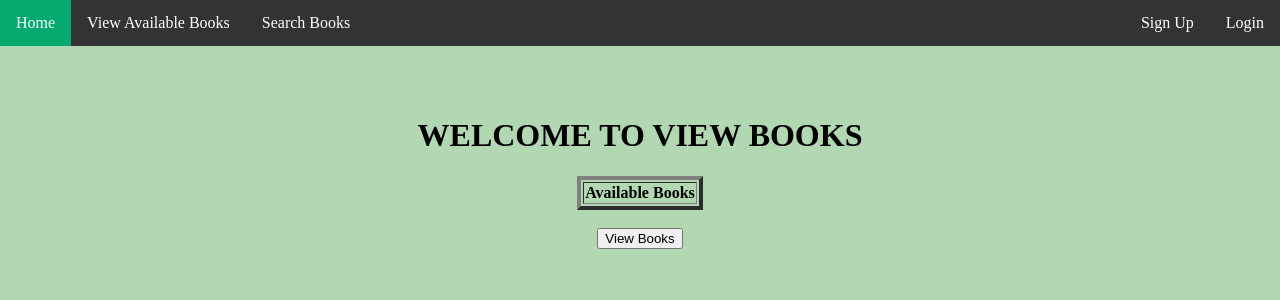
Repository: sach7691/original-book-store
Page: http://localhost/online-book-store-application/view_books.jsp
These files come from the project's save history. The page is drawn as it stood at one moment and after the next save; the edit follows.
The browser window is 1280 px wide. The pictures show the whole page.
The page is served by Tomcat 9. Other server files are loaded and not shown. The template is opened directly, without the code that normally fills it, so the values that code supplies are empty.

Above is the page before, as saved 2022-08-18 11:00:24.

### online-book-store-application/src/main/webapp/view_books.jsp
<%@ page language="java" contentType="text/html; charset=ISO-8859-1"
    pageEncoding="ISO-8859-1"%>
<%@ taglib uri="http://java.sun.com/jsp/jstl/core" prefix="c" %>
<%@ page import="java.util.List" %>
<%@page import="com.ab.models.Book" %>
<!DOCTYPE html>
<html>
<head>
<meta charset="ISO-8859-1">
<meta name="viewport" content="width=device-width, initial-scale=1.0">
<title>view books</title>
<style>
body {margin: 0;
 background: rgba(0, 128, 0, 0.3);}

 h1{
 text-align: center;
  padding-top: 50px;

 }
 letter {
   color: #ea503f;
   font-family: Arial;
 }

ul.topnav {
  list-style-type: none;
  margin: 0;
  padding: 0;
  overflow: hidden;
  background-color: #333;
}

ul.topnav li {float: left;}

ul.topnav li a {
  display: block;
  color: white;
  text-align: center;
  padding: 14px 16px;
  text-decoration: none;
}

ul.topnav li a:hover:not(.active) {background-color: #111;}

ul.topnav li a.active {background-color: #04AA6D;}

ul.topnav li.right {float: right;}

@media screen and (max-width: 600px) {
  ul.topnav li.right,
  ul.topnav li {float: none;}
}
</style>
</head>
</head>
<body>
<div>
<ul class="topnav">
  <li><a class="active" href="welcome.jsp">Home</a></li>
  <li><a href="http://localhost:8080/online-book-store-application/ViewBookServlet">View Available Books</a></li>
  <li><a href="search_book.jsp">Search Books</a></li>
  <li class="right"><a href="login.jsp">Login</a></li>
  <li class="right"><a href="index.jsp">Sign Up</a></li>
</ul>
</div>
<form action="http://localhost:8080/online-book-store-application/ViewBookServlet"  method="POST">
<%
List<Book> books = (List<Book>)session.getAttribute("bList");
//System.out.println(books);
%>
<div class="letter"><h1>WELCOME TO VIEW BOOKS</h1></div>
<center>
<table border="4">
  <tr>
    <th>Available Books</th>
  </tr>
    <c:forEach items="${bList}" var="b">
        <tr>
            <td><c:out value="${b.bookTitle}" /></td>
        </tr>
    </c:forEach>
</table>
<br>
<input type="submit" value="View Books">
</center>
</form>

</body>
</html>

After the next save:
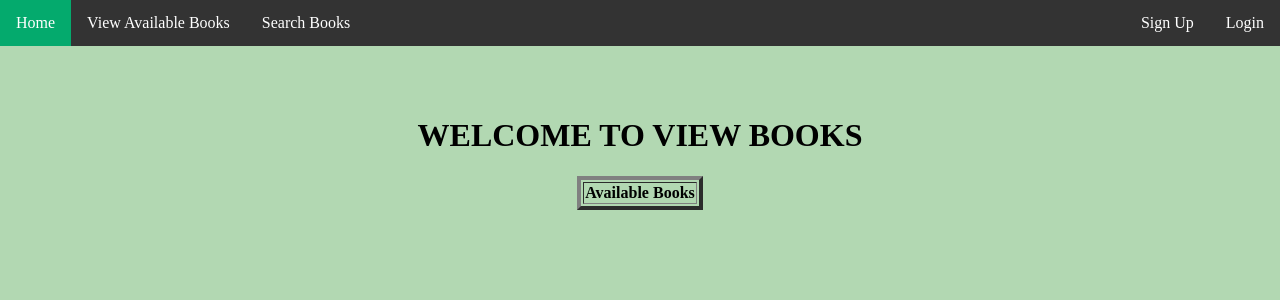
Saved 93 s later.
--- a/online-book-store-application/src/main/webapp/view_books.jsp
+++ b/online-book-store-application/src/main/webapp/view_books.jsp
@@ -64,7 +64,7 @@ ul.topnav li.right {float: right;}
   <li class="right"><a href="index.jsp">Sign Up</a></li>
 </ul>
 </div>
-<form action="http://localhost:8080/online-book-store-application/ViewBookServlet"  method="POST">
+<form action="http://localhost:8080/online-book-store-application/ViewBookServlet"  method="GET">
 <%
 List<Book> books = (List<Book>)session.getAttribute("bList");
 //System.out.println(books);
@@ -82,7 +82,6 @@ List<Book> books = (List<Book>)session.getAttribute("bList");
     </c:forEach>
 </table>
 <br>
-<input type="submit" value="View Books">
 </center>
 </form>
 
